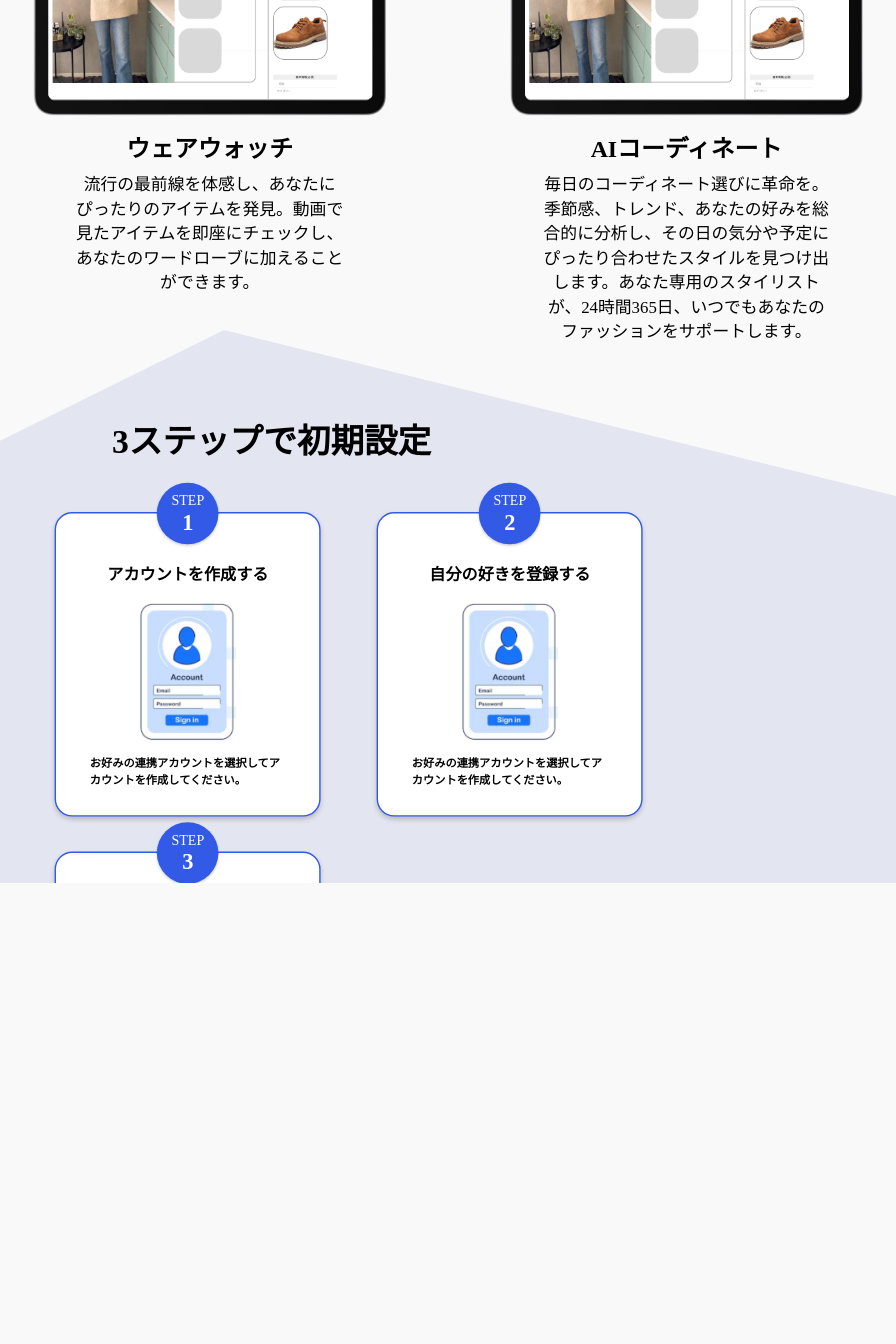
Repository: Yoshiki0418/yahoo.hack
Page: welcome.html
These files come from the project's save history. The page is drawn as it stood at one moment and after the next save; the edit follows.
The browser window is 1280 px wide. The pictures show the part of the page from y = 2701 to 4621 px (the page is 5407 px tall), at 70% of full size.

Above is the page before, as saved 2024-02-09 23:28:16.

### welcome.html
<!DOCTYPE html>
<html lang="ja">
<head>
    <meta charset="UTF-8">
    <meta name="viewport" content="width=device-width, initial-scale=1.0">
    <link rel="stylesheet" type="text/css" href="static/css/welcome.css">
    <title>Document</title>
</head>
<body>
    <hedaer>
        <nav>
            <div class="head_block">
                <li><a><img src="static/image/logo.png" class="logo_pic"></a></li>
                <div class="login-button">
                    <a href="/login">ログイン</a>
                </div>
             </div>
          </nav>
    </hedaer>
    <main>
        <!--スライドショー-->
        <div id="mainimg">
            <div class="slide" style="background-image: url('static/image/image 2.png');"></div>
            <div class="slide" style="background-image: url('static/image/slide_1.webp');"></div>
            <h1>Fashion <br>
                　　starts in the<br>
                　 Cloudrobe.</h1>
            <div class="sinup-button">
                <a href="/sinup">さっそくはじめる</a>
             </div>
        </div>
        <div class="fast_section">
            <p class="point_ja">つながりを紡ぎ、驚きを編む。<br>クリック一つで始まる物語</p>
            <p class="point_en">Weaving connections and weaving surprises.<br>
                A story that starts with a click</p>
            <div class="good_points">
            </div>
            <h2>全てのシチュエーションに完璧な一着</h2>
            <div class="situation_block">
                <div class="pair">
                    <img src="static/image/situation1.png" class="situation_pic">
                    <h4>デート</h4>
                </div>
                <div class="pair">
                    <img src="static/image/situation2.png" class="situation_pic">
                    <h4>ショッピング</h4>
                </div>
                <div class="pair">
                    <img src="static/image/situation3.png" class="situation_pic">
                    <h4>アウトドア</h4>
                </div>
            </div>
        </div>
        <div class="advertisement">
            <div class="block">
                <img src="static/image/adv.png" class="adv_pic">
                <div class="right_block">
                    <h2>  今話題の<br>
                        『骨格スタイル診断』を<br>
                          無料で体験！
                        </h2>
                        <button class="custom-button">あなたの商品をチェック</button>
                </div>
            </div>
        </div>
        <div class="info_section">
            <h2>Cloudrobeの特徴</h2>
            <div class="features">
                <div class="features_block1">
                    <img src="static/image/feature.png" class="feature_pic">
                    <h4>ウェアウォッチ</h4>
                    <p>流行の最前線を体感し、あなたに<br>
                        ぴったりのアイテムを発見。動画で<br>
                        見たアイテムを即座にチェックし、<br>
                        あなたのワードローブに加えること<br>ができます。</p>
                </div>
                <div class="features_block2">
                    <img src="static/image/feature.png" class="feature_pic">
                    <h4>AIコーディネート</h4>
                    <p>毎日のコーディネート選びに革命を。<br>
                        季節感、トレンド、あなたの好みを総<br>
                        合的に分析し、その日の気分や予定に<br>
                        ぴったり合わせたスタイルを見つけ出<br>
                        します。あなた専用のスタイリスト<br>
                        が、24時間365日、いつでもあなたの<br>
                        ファッションをサポートします。</p>
                </div>
            </div>
            <div class="shape">
                <h2>3ステップで初期設定</h2>
                <div class="step_block">
                    <div class="step-container">
                        <div class="step-circle">STEP<h4>1</h4></div>
                        <div class="step-box"></div>
                        <h3>アカウントを作成する</h3>
                        <img src="static/image/step1.png" class="step1_pic">
                        <p>お好みの連携アカウントを選択してアカウントを作成してください。</p>
                    </div>
                    <div class="step-container">
                        <div class="step-circle">STEP<h4>2</h4></div>
                        <div class="step-box"></div>
                        <h3>自分の好きを登録する</h3>
                        <img src="static/image/step1.png" class="step1_pic">
                        <p>お好みの連携アカウントを選択してアカウントを作成してください。</p>
                    </div>
                    <div class="step-container">
                        <div class="step-circle">STEP<h4>3</h4></div>
                        <div class="step-box"></div>
                        <h3>クローゼットを登録</h3>
                        <img src="static/image/step1.png" class="step1_pic">
                        <p>お好みの連携アカウントを選択してアカウントを作成してください。</p>
                    </div>
                </div>
            </div>

        </div>

    </main>
    <script src="script.js"></script>

</body>
</html>

### static/css/welcome.css
* {
    margin: 0;
    padding: 0;
    box-sizing: border-box;
}

/* ナビゲーションのスタイル設定 */
nav {
    width: 100%;
    background-color: #17191C;
    height: 62px;
    display: flex;
    z-index: 10; /* ナビゲーションのz-indexを設定 */
    position: relative; /* z-indexを効果的にするために必要 */
}

.logo_pic {
    margin-top: 5px;
    margin-left: 8px;
    height: 51px;
}

.head_block {
    width: 100%;
    display: flex;
    flex-wrap: wrap;
    position: relative;
}

.mainimg{
    width: 100vw;
    overflow: hidden; /* 横方向の内容がはみ出た場合に非表示にする */
    height: 100%;
}

/* ログインボタンのスタイル */
.login-button a {
    display: inline-block;
    background-color: #000; /* ボタンの背景色 */
    color: white;
    padding: 10px 20px;
    border: 2px solid #fff; /* ボタンの境界線 */
    border-radius: 20px; /* 角の丸み */
    text-decoration: none;
    font-weight: bold;
    z-index: 10; /* ボタンのz-indexを設定 */
}

.login-button a:hover {
    background-color: #555; /* ホバー時の背景色 */
}

.login-button {
    position: absolute;
    right: 10%;
    margin-top: 7px;
    z-index: 10; /* ボタンのz-indexを設定 */
}

#slideshow {
    position: relative;
    max-height: 790px; /* 最大高さを指定 */
    width: 100vw; /* 画面幅全体 */
    overflow-x: hidden; /* 横方向の内容がはみ出た場合に非表示にする */
    z-index: 1; /* スライドショーのz-indexを低く設定 */
}

.slide {
    position: absolute;
    width: 100%;
    height: 100%;
    background-size: cover;
    background-position: center;
    opacity: 0; /* 最初はすべてのスライドを非表示にする */
    transition: opacity 1s; /* 透明度の変化にトランジション効果を追加 */
    animation: zoomOut 10s infinite;
    margin-top: -62px;
}

#mainimg h1 {
    position: absolute;
    font-size: 70px;
    top: 75%;
    left: 15%;
    transform: translate(-50%, -50%);
    z-index: 2; /* スライド上のテキストを前面に表示 */
    color: white; /* テキストの色 */
    text-align: center; /* テキストを中央揃え */
    text-shadow: 2px 2px 4px rgba(4, 4, 4, 4);
}

@keyframes zoomOut {
    0%, 100% {
        transform: scale(1); /* 100%に保つ */
    }
    50% {
        transform: scale(1); /* 100%より大きくしない */
    }
}

.sinup-button a{
    display: inline-block;
    font-size: 20px;
    background-color: #00000000; /* ボタンの背景色 */
    color: white;
    padding: 10px 20px;
    border: 2px solid #fff; /* ボタンの境界線 */
    border-radius: 40px; /* 角の丸み */
    text-decoration: none;
    font-weight: bold;
    z-index: 10; /* ボタンのz-indexを設定 */
}

.sinup-button {
    position: absolute;
    right: 14%;
    top: 80%;
    z-index: 10; /* ボタンのz-indexを設定 */
}

.sinup-button a:hover {
    background-color: #ffffffa4; /* ホバー時の背景色 */
    color: #000;
}

.fast_section{
    width: 100%;
    height: 955px;
    background-color: #202131;
    display: flex;
    flex-wrap: wrap;
    position: relative;
    top: 770px; /* スライドショーとの間に隙間がないように微調整 */
    z-index: 2; /* スライドショーの上に表示 */
    padding-top: 5px; /* 必要に応じて調整 */
}

.point_ja{
    position: absolute;
    margin-top: 100px;
    color: #EEE6FF;
    right: 12%;
    z-index: 18;
    font-size: 32px;
}

.point_en{
    position: absolute;
    margin-top: 210px;
    color: #EEE6FF;
    right: 9%;
    z-index: 18;
    font-size: 15px;
}

.good_points{
    position: absolute;
    width: 94%;
    height: 640px;
    background-color: #E3E6F0;
    bottom: 0%;
    right: 0%;
    border-radius: 20px 0px 0px 0px; /* 角の丸み */
}

.fast_section h2{
    position: absolute;
    width: 700px;
    top: 400px;
    left: 50%;
    transform: translate(-50%, -50%);
    font-size: 40px;
}

.situation_block{
    display: flex;
    position: absolute;
    top: 655px;
    height: 330px;
    margin-right: 10%;
    left: 50%;
    transform: translate(-50%, -50%);
}

.situation_pic{
    width: 330px;
    height: 330px;
    margin-right: 45px;
    margin-left: 45px;
}

@media (max-width: 1070px) {
    .situation_pic {
        width: 200px; /* サイズを小さく調整 */
        height: 200px; /* サイズを小さく調整 */
        margin-right: 35px;
        margin-left: 35px;
    }
}

.pair {
    display: flex; /* フレックスコンテナとして設定 */
    flex-direction: column; /* 子要素を縦方向に並べる */
    align-items: center; /* 子要素を水平方向の中央に揃える */
    text-align: center; /* テキストを中央揃え */
}

.pair h4{
    margin-top: 20px;
    font-size: 26px;
}

.advertisement{
    position: relative;
    top: 770px;
    width: 100%;
    height: 537px;
    background-color: #C5D0F7;
}

.adv_pic{
    width: 440px;
    top: 140px;
    left: 17%;
}



.advertisement h2{
    font-size: 48px;
    top: 140px;
    color: #335AE7;
}

.block{
    position: absolute;
    display: flex;
    flex-wrap: wrap;
    height: 310px;
    left: 17%;
    top: 136px;
}

.custom-button {
    background-color: #335AE7; /* ボタンの背景色 */
    color: white; /* テキスト色 */
    padding: 10px 20px; /* パディング */
    border: none; /* 境界線なし */
    border-radius: 40px; /* 角の丸み */
    font-size: 24px; /* フォントサイズ */
    font-weight: bold; /* フォントの太さ */
    text-decoration: none; /* テキストの下線を消す */
    cursor: pointer; /* カーソルをポインターに */
    box-shadow: 0 4px 8px rgba(0, 0, 0, 0.2); /* 影を付ける */
    transition: background-color 0.3s, box-shadow 0.3s; /* 色と影のトランジションを設定 */
    width: 330px;
    height: 66px;
    margin-top: 50px;
}

.custom-button:hover {
    background-color: #5A7BD8; /* ホバー時の背景色 */
    box-shadow: 0 6px 12px rgba(0, 0, 0, 0.3); /* ホバー時の影を大きくする */
}

.custom-button:focus {
    outline: none; /* ボタンがフォーカスされたときのアウトラインを消す */
}

.right_block{
    margin-left: 125px;
}

.info_section{
    width: 100%;
    height: 3084px;
    top: 769px;
    position: relative;
    background-color: #F9F9F9;
}

.info_section h2{
    position: absolute;
    font-size: 48px;
    top: 70px;
    left: 115px;
}

.features_block1 {
    display: flex; /* Flexboxを有効化 */
    flex-direction: column; /* 子要素を縦方向に並べる */
    align-items: center; /* 子要素を水平方向の中央に揃える */
    text-align: center; /* テキストを中央揃え */
    margin-right: 178px;
}

.features{
    position: relative;
    top: 180px;
    display: flex;
    display: flex; /* Flexboxを有効化 */
    justify-content: center; /* 水平方向の中央に揃える */
    flex-wrap: wrap; /* コンテンツが多い場合は折り返し */
    text-align: center; /* テキストを中央揃え */
}

.feature_pic {
    /* 画像のスタイル設定があればここに追加 */
    /* 例: width: 100%; max-width: 560px; など */
}

.features_block1 h4 {
    /* h4のスタイル設定があればここに追加 */
    margin-top: 20px; /* 画像との間隔を設定 */
    font-size: 34px;
}

.features_block1 p {
    max-width: 560px; /* 最大横幅を560pxに設定 */
    margin-top: 10px; /* h4タグとの間隔を設定 */
    font-size: 24px;
}

.features_block2 {
    display: flex; /* Flexboxを有効化 */
    flex-direction: column; /* 子要素を縦方向に並べる */
    align-items: center; /* 子要素を水平方向の中央に揃える */
    text-align: center; /* テキストを中央揃え */
}

.features_block2 h4 {
    /* h4のスタイル設定があればここに追加 */
    margin-top: 20px; /* 画像との間隔を設定 */
    font-size: 34px;
}

.features_block2 p {
    max-width: 560px; /* 最大横幅を560pxに設定 */
    margin-top: 10px; /* h4タグとの間隔を設定 */
    font-size: 24px;
}


.shape {
    position: absolute;
    top: 850px;
    width: 100%;
    height: 790px; /* 必要な高さ */
    background-color: #E3E6F0; /* 背景色 */
    clip-path: polygon(0 100%, 100% 100%, 100% 30%, 25% 0, 0 20%);
}

.shape h2{
    top: 120px;
    left: 160px;
    position: absolute;
}

.step-container {
    position: relative; /* 子要素の絶対位置の基準にする */
    padding-top: 50px; /* 円の半分のスペースを確保 */
  }

  .step-circle {
    position: absolute;
    top: 8px; /* 円の半分の高さだけ上に移動 */
    left: 50%;
    transform: translateX(-50%); /* 円を中央に配置 */
    width: 88px; /* 円の幅 */
    height: 88px; /* 円の高さ */
    background-color: #335AE7;
    color: white;
    border-radius: 50%; /* 円形にする */
    text-align: center;
    line-height: 50px; /* テキストを垂直中央に配置 */
    font-size: 20px; /* テキストのサイズ調整 */
    box-shadow: 0 2px 4px rgba(0, 0, 0, 0.2); /* 影をつける */
  }

  .step-box {
    width: 380px; /* 枠の幅 */
    height: 435px; /* 枠の高さ */
    background-color: #ffffff; /* 背景色 */
    border-radius: 25px; /* 角の丸み */
    border: 2px solid #335AE7; /* 枠線の色 */
    box-shadow: 0 4px 8px rgba(0, 0, 0, 0.2); /* 影をつける */
    margin-right: 40px;
    margin-left: 40px;
  }

.step_block{
    position: absolute;
    top: 210px;
    display: flex;
    flex-wrap: wrap;
    left: 3%;
}

.step-container h4{
    font-size: 32px;
    position: absolute;
    left: 50%;
    top: 35%;
    transform: translateX(-50%); /* 円を中央に配置 */
}

.step-container h3{
    font-size: 23px;
    position: absolute;
    left: 50%;
    top: 120px;
    transform: translateX(-50%); /* 円を中央に配置 */
    font-weight: bold; /* フォントの太さ */
}

.step1_pic{
    position: absolute;
    top: 180px;
    left: 50%;
    transform: translateX(-50%); /* 円を中央に配置 */
    height: 200px;
}

.step-container p{
    font-size: 16px;
    position: absolute;
    left: 50%;
    top: 395px;
    transform: translateX(-50%); /* 円を中央に配置 */
    font-weight: bold; /* フォントの太さ */
    width: 280px;
}





































@media (max-width: 1240px) {
    .situation_pic {
        width: 250px; /* サイズを小さく調整 */
        height: 250px; /* サイズを小さく調整 */
        margin-right: 40px;
        margin-left: 40px;
    }

    .advertisement h2 {
        font-size: 38px;
        top: 140px;
        color: #335AE7;
    }

    .custom-button {
        /* 必要に応じてサイズ調整 */
        width: 300px;
        height: 60px;
        font-size: 20px; /* フォントサイズ */
    }

    .block {
        /* フレックスコンテナのスタイリング */
        position: absolute;
        display: flex;
        flex-wrap: wrap;
        height: 310px;
        left: 12%;
        top: 136px;
    }

    .right_block {
        margin-left: 80px;
    }
}

### script.js
let slides = document.querySelectorAll('.slide');
let currentSlide = 0;

function changeSlide() {
  // すべてのスライドを非表示にする
  for (let slide of slides) {
    slide.style.opacity = 0;
  }

  // 現在のスライドを表示する
  slides[currentSlide].style.opacity = 1;

  // 次のスライドに移動、もし最後なら最初に戻る
  currentSlide = (currentSlide + 1) % slides.length;
}

// 最初のスライドを表示
changeSlide();

// 5秒ごとにスライドを切り替える
setInterval(changeSlide, 5000);

After the next save:
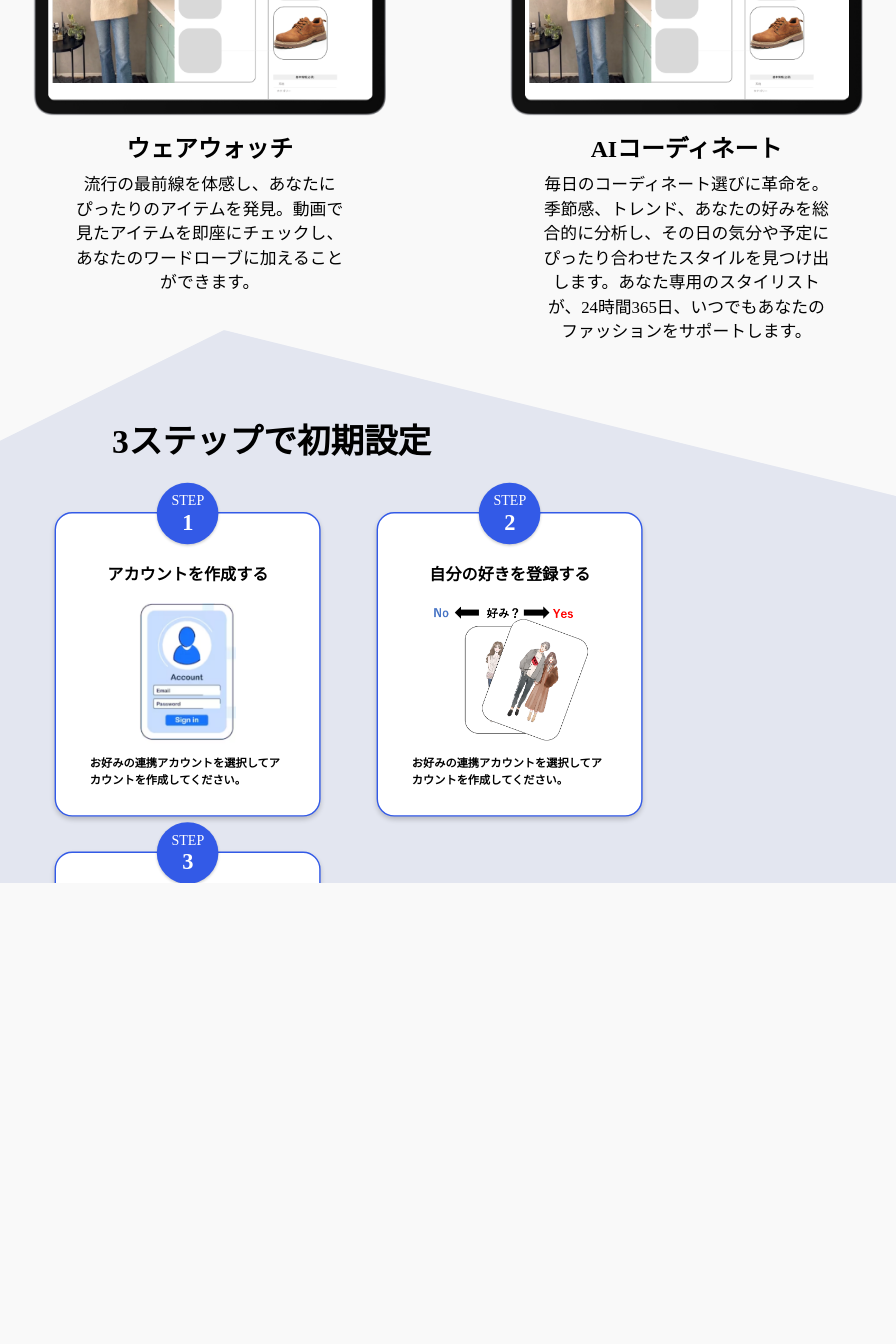
Saved 9 s later.
--- a/welcome.html
+++ b/welcome.html
@@ -100,7 +100,7 @@
                         <div class="step-circle">STEP<h4>2</h4></div>
                         <div class="step-box"></div>
                         <h3>自分の好きを登録する</h3>
-                        <img src="static/image/step1.png" class="step1_pic">
+                        <img src="static/image/step2.png" class="step1_pic">
                         <p>お好みの連携アカウントを選択してアカウントを作成してください。</p>
                     </div>
                     <div class="step-container">
